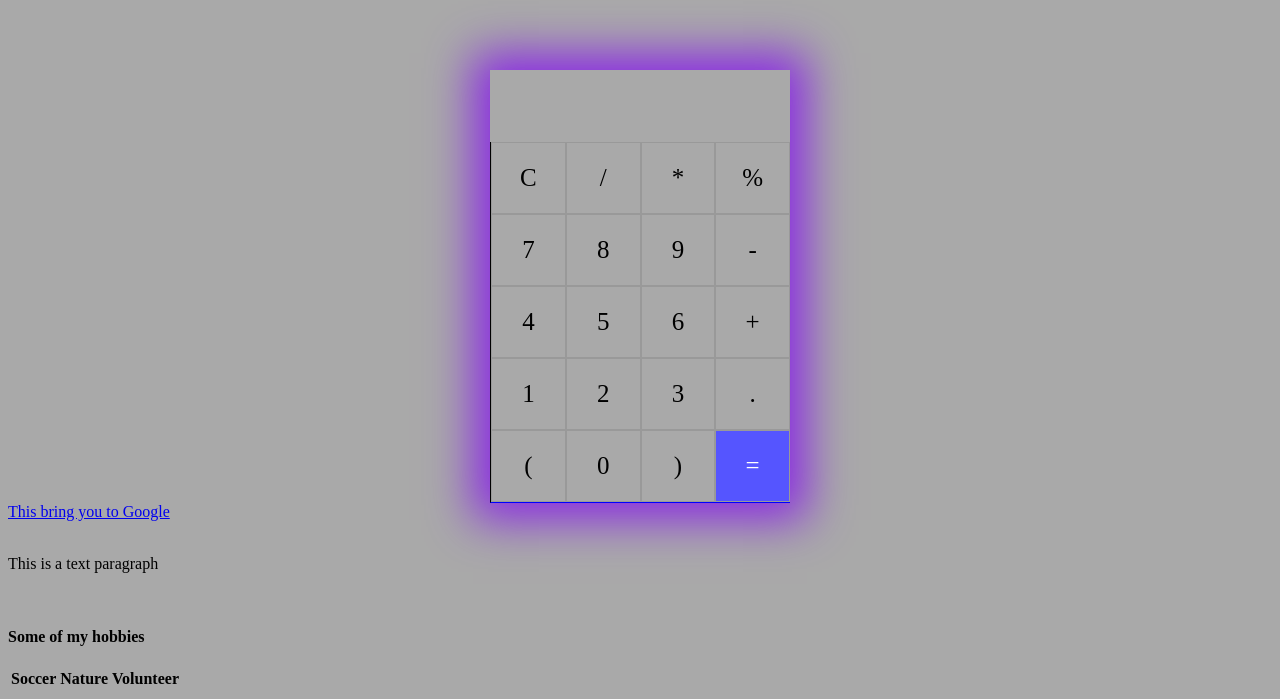
Repository: EX-Salesforce-Training/squad-repo-hapsburg-hopefuls
Page: squad-repo-hapsburg-hopefuls/abouteYao.html
An editor plug-in stored every save of this project. The page is shown before and after the next save, followed by the edit.
The browser window is 1280 px wide. The pictures show the part of the page from y = 541 to 1240 px (the page is 1240 px tall).
A picture or video elsewhere on the page could not be fetched, so the positions and the page height are approximate.

Above is the page before, as saved 2021-11-27 10:12:43.

After the next save:
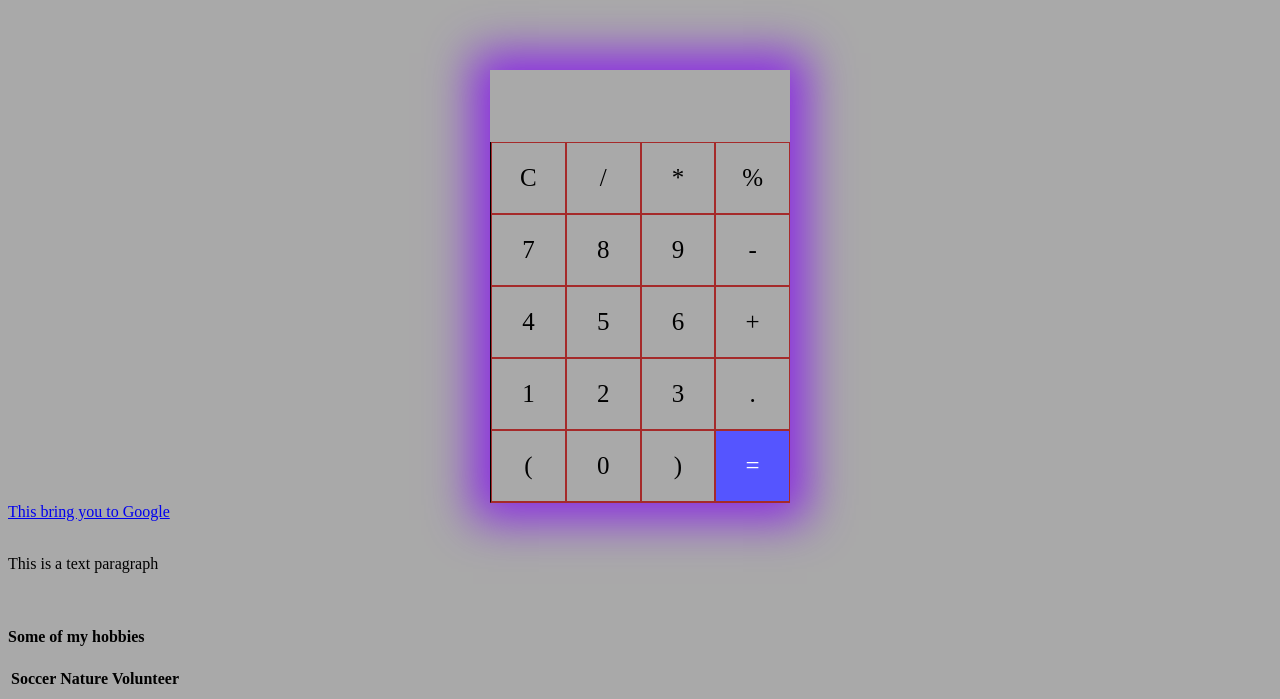
Saved 2 min 10 s later.
--- a/squad-repo-hapsburg-hopefuls/abouteYao.css
+++ b/squad-repo-hapsburg-hopefuls/abouteYao.css
@@ -12,16 +12,16 @@
     }
     .buttons {
     display: grid;
-    border-bottom: 1px solid blue;
+    border-bottom: 1px solid brown;
     border-left: 1px solid black;
     grid-template-columns: 1fr 1fr 1fr 1fr;
     }
     .buttons div {
-    Border-top: 1px solid #999;
-    Border-right: 1px solid #999;
+    Border-top: 1px solid brown;
+    Border-right: 1px solid brown;
     }
     .button {
-    Border: 0.5px solid #999;
+    Border: 0.5px solid brown;
     Line-height: 70px;
     Text-align: center;
     Font-size: 25px;
